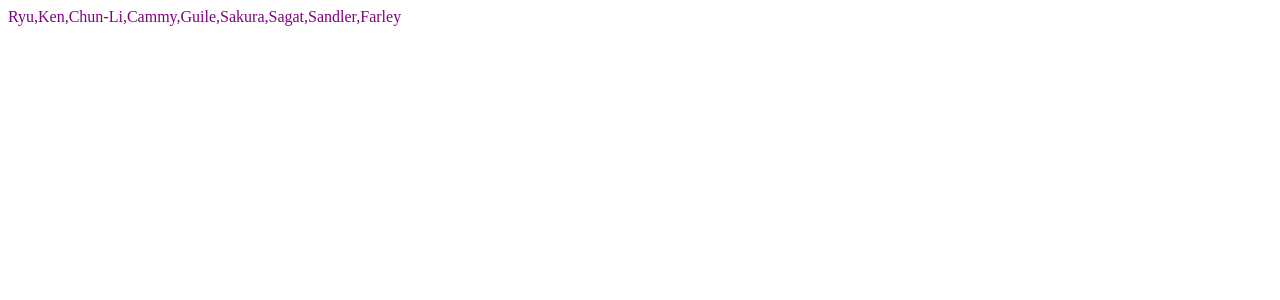
Repository: ctcoleman/learning-area
Page: javascript/introduction-to-js-1/tasks/arrays/arrays3-download.html
An editor plug-in stored every save of this project. The page is shown before and after the next save, followed by the edit.
The browser window is 1280 px wide. The pictures show the whole page.

Above is the page before, as saved 2020-06-25 13:21:11.
Not found: javascript/introduction-to-js-1/tasks/styles.css

### javascript/introduction-to-js-1/tasks/arrays/arrays3-download.html
<!DOCTYPE html>
<html lang="en">
  <head>
    <meta charset="utf-8"/>
    <title>Arrays: Task 3</title>
    <style>
      p {
        color: purple;
        margin: 0.5em 0;
      }

      * {
        box-sizing: border-box;
      }
    </style>
    <link rel="stylesheet" href="../styles.css" />
  </head>

  <body>

    <section class="preview">



    </section>

  </body>
  <script>
    let myArray = [ "Ryu", "Ken", "Chun-Li", "Cammy", "Guile", "Sakura", "Sagat", "Juri" ];

    // Add your code here
    myArray.pop()
    myArray.push('Sandler')
    myArray.push('Farley')
    myArray.forEach(function(item, index) {
      item = `${item} (${index})`
    })

    let myString = myArray.toString()

    // Don't edit the code below here!

    const section = document.querySelector('section');

    let para1 = document.createElement('p');
    para1.textContent = myString;

    section.appendChild(para1);
  </script>

</html>

After the next save:
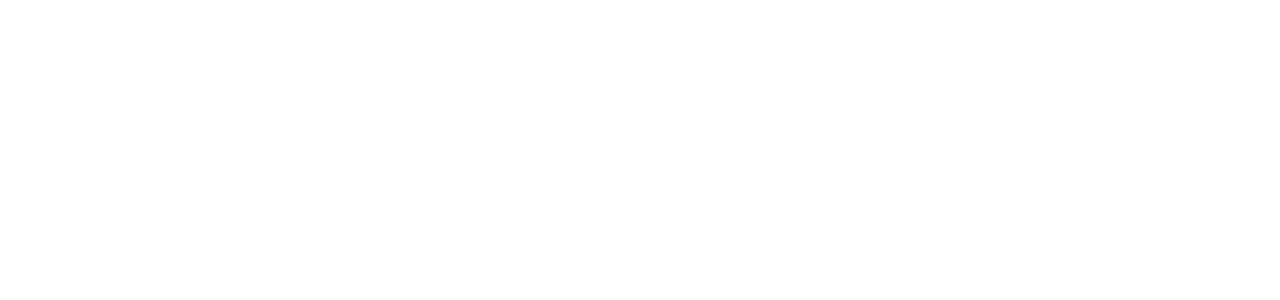
Console error: SyntaxError: missing ) after argument list
Saved 15 s later.
--- a/javascript/introduction-to-js-1/tasks/arrays/arrays3-download.html
+++ b/javascript/introduction-to-js-1/tasks/arrays/arrays3-download.html
@@ -32,7 +32,7 @@
     myArray.pop()
     myArray.push('Sandler')
     myArray.push('Farley')
-    myArray.forEach(function(item, index) {
+    myArray.forEach((item, index) {
       item = `${item} (${index})`
     })
 

After the 3 saves that followed:
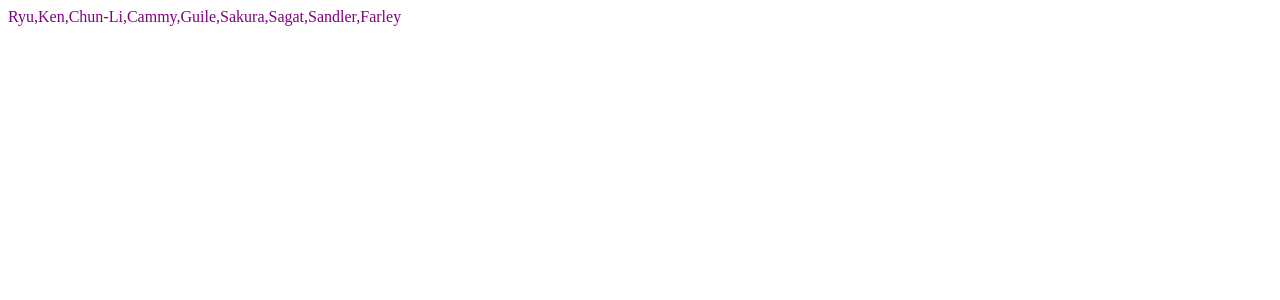
The error is gone.
The 3 saves are shown as one change because 1 left the picture as it was and some came seconds apart.
The last was saved 14 s later.
--- a/javascript/introduction-to-js-1/tasks/arrays/arrays3-download.html
+++ b/javascript/introduction-to-js-1/tasks/arrays/arrays3-download.html
@@ -32,9 +32,7 @@
     myArray.pop()
     myArray.push('Sandler')
     myArray.push('Farley')
-    myArray.forEach((item, index) {
-      item = `${item} (${index})`
-    })
+    myArray.forEach((item, index) => item = `${item} (${index})`)
 
     let myString = myArray.toString()
 
